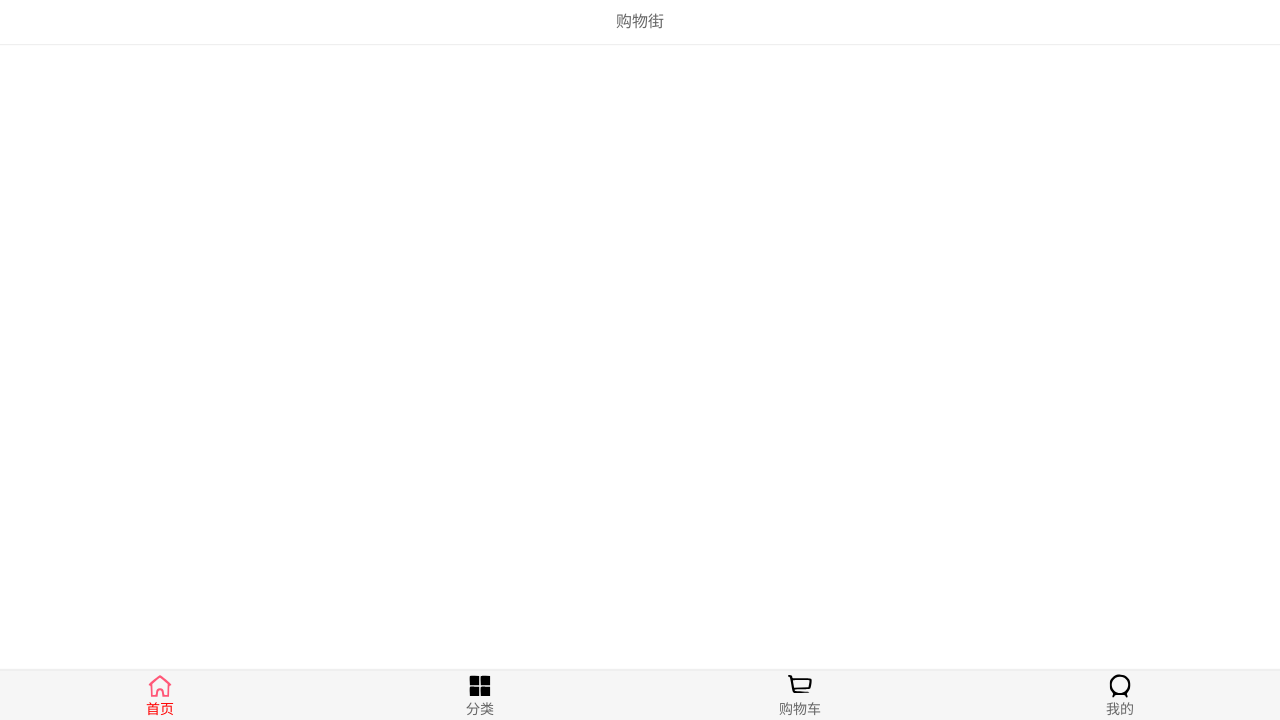
Repository: pumbaaWen/testmall
Page: /
These files come from the project's save history. The page is drawn as it stood at one moment and after the next save; the edit follows.
The browser window is 1280 px wide. The pictures show the whole page.
The project was rebuilt for these pictures with package versions that can differ from the ones it lists, and the page was loaded fresh each time.

Above is the page before, as saved 2021-10-26 14:32:39.

### public/index.html
<!DOCTYPE html>
<html lang="">
  <head>
    <meta charset="utf-8">
    <meta http-equiv="X-UA-Compatible" content="IE=edge">
    <meta name="viewport" content="width=device-width, initial-scale=1.0, maximum-scale=1.0, user-scalable=0;" />
    <link rel="icon" href="<%= BASE_URL %>favicon.ico">
    <title><%= htmlWebpackPlugin.options.title %></title>
  </head>
  <body>
    <noscript>
      <strong>We're sorry but <%= htmlWebpackPlugin.options.title %> doesn't work properly without JavaScript enabled. Please enable it to continue.</strong>
    </noscript>
    <div id="app"></div>
    <!-- built files will be auto injected -->
  </body>
</html>

### src/assets/css/base.css
@import "./normalize.css";

/* :root -> 获取根元素html */
:root{
  --color-text: #666;
  --color-high-text: #ff5777;
  --color-tint: #ff8198;
  --color-background: #fff;
  --font-size: 14px;
  --line-height: 1.5;
}

*,
*::before,
*::after{
  margin: 0;
  padding: 0;
  box-sizing: border-box;
}

body{
  font-family: "Helvetica Neue",Helvetica,"PingFang SC","Hiragino Sans GB",
  "Microsoft YaHei","微软雅黑"，Arial,sans-serif;
  user-select: none; /* 禁止用户鼠标在页面上选中文字、图片等*/
  -webkit-tap-highlight-color: transparent;/*webkit是苹果浏览器引擎， tap点击， highlight背景高亮，
  color颜色，颜色用数值调节*/
  background: var(--color-background);
  color: var(--color-text);
  /* rem vw/vh */
  width: 100vw;
}

a {
  color:var(--color-text);
  text-decoration: none;
}

.clear-fix::after {
  clear: both;
  content: '';
  display: block;
  width: 0;
  height: 0;
  visibility: hidden;
}

.clear-fix {
  zoom: 1;
}

.left {
  float: left;
}

.right {
  float: right;
}

### src/components/content/mainTabBar/MainTabBar.vue
<template>
  <tab-bar>
    <tab-bar-item path="/home" activeColor="red">
      <img slot="item-icon" src="../../../assets/img/tabbar/home.svg">
      <img slot="item-icon-active" src="../../../assets/img/tabbar/home_active.svg">
      <div slot="item-text">首页</div>
    </tab-bar-item>
    <tab-bar-item path="/category" activeColor="red">
      <img slot="item-icon" src="../../../assets/img/tabbar/category.svg">
      <img slot="item-icon-active" src="../../../assets/img/tabbar/category_active.svg">
      <div slot="item-text">分类</div>
    </tab-bar-item>
    <tab-bar-item path="/cart" activeColor="red">
      <img slot="item-icon" src="../../../assets/img/tabbar/shopcart.svg">
      <img slot="item-icon-active" src="../../../assets/img/tabbar/shopcart_active.svg">
      <div slot="item-text">购物车</div>
    </tab-bar-item>
    <tab-bar-item path="/profile" activeColor="red">
      <img slot="item-icon" src="../../../assets/img/tabbar/profile.svg">
      <img slot="item-icon-active" src="../../../assets/img/tabbar/profile_active.svg">
      <div slot="item-text">我的</div>
    </tab-bar-item>
  </tab-bar>
</template>

<script>
import TabBar from '../../common/tabbar/TabBar'
import TabBarItem from '../../common/tabbar/TabBarItem.vue'
export default {
  name: 'MainTabBar',
//部件
  components: {
    TabBar,
    TabBarItem
  },
//静态
  props: {

  },
//对象内部的属性监听，也叫深度监听
  watch: {

  },
//属性的结果会被缓存，除非依赖的响应式属性变化才会重新计算。主要当作属性来使用；
  computed: {

  },
//方法表示一个具体的操作，主要书写业务逻辑；
  methods: {

  },
//请求数据
  created() {

  },
  mounted() {

  }
}
</script>

<style scoped>

</style>

### src/views/home/Home.vue
<template>
  <div id="home">
    <nav-bar><div slot="center">购物街</div></nav-bar>
  </div>
</template>

<script>
import NavBar from '../../components/common/navbar/NavBar.vue'
export default {
  name: "Home",
//部件
  components: {
    NavBar
  },
//静态
  props: {

  },
//对象内部的属性监听，也叫深度监听
  watch: {

  },
//属性的结果会被缓存，除非依赖的响应式属性变化才会重新计算。主要当作属性来使用；
  computed: {

  },
//方法表示一个具体的操作，主要书写业务逻辑；
  methods: {

  },
//请求数据
  created() {

  },
  mounted() {

  }
}
</script>

<style scoped>

</style>

### src/components/common/tabbar/TabBar.vue
<template>
  <div id="tab-bar">
    <slot></slot>
  </div>
</template>

<script>
  export default {
    name: 'tab-bar',
  //部件
    components: {

    },
  //静态
    props: {

    },
  //对象内部的属性监听，也叫深度监听
    watch: {

    },
  //属性的结果会被缓存，除非依赖的响应式属性变化才会重新计算。主要当作属性来使用；
    computed: {

    },
  //方法表示一个具体的操作，主要书写业务逻辑；
    methods: {

    },
  //请求数据
    created() {

    },
    mounted() {

    }
}
</script>

<style scoped>
  #tab-bar {
    display: flex;
    background-color: #f6f6f6;
    position: fixed;
    left: 0px;
    right: 0px;
    bottom: 0px;
    box-shadow: 0 -2px 1px rgba(100,100,100,.1);
  }
</style>

### src/components/common/tabbar/TabBarItem.vue
<template>
    <div class="tab-bar-item" @click="itemClick">
      <div v-if="!isActive"><slot name="item-icon"></slot></div>
      <div v-else><slot name="item-icon-active"></slot></div>
      <div :style="activeStyle"><slot name="item-text"></slot></div>
    </div>
</template>

<script>
export default {
  name: 'TabBarItme',
  data() {
    return {
      // isActive: true
    }
  },
//部件
  components: {

  },
//静态
  props: {
    path: String,
    activeColor:{
      type: String,
      default: 'red'
    }
  },
//对象内部的属性监听，也叫深度监听
  watch: {

  },
//属性的结果会被缓存，除非依赖的响应式属性变化才会重新计算。主要当作属性来使用；
  computed: {
    isActive() {
      return this.$route.path.indexOf(this.path) !== -1
    },
    activeStyle() {
      console.log(this.isActive);
      return this.isActive ? {color: this.activeColor} : {}
    }
  },
//方法表示一个具体的操作，主要书写业务逻辑；
  methods: {
    itemClick() {
      this.$router.replace(this.path)
      console.log(this.path);
    },
  },
//请求数据
  created() {

  },
  mounted() {

  }
}
</script>

<style scoped>
  .tab-bar-item{
    flex: 1;
    text-align: center;
    height: 49px;
    font-size: 14px;
  }
  .tab-bar-item img{
    width: 24px;
    height: 24px;
    margin-top: 3px;
    vertical-align: middle;
  }
  .active{
    color: red;
  }
</style>

### src/components/common/navbar/NavBar.vue
<template>
  <div class="nav-bar">
    <div class="left"><slot name="left"></slot></div>
    <div class="center"><slot name="center"></slot></div>
    <div class="right"><slot name="right"></slot></div>
  </div>
</template>

<script>
export default {
  name: 'NavBar',
//部件
  components: {

  },
//静态
  props: {

  },
//对象内部的属性监听，也叫深度监听
  watch: {

  },
//属性的结果会被缓存，除非依赖的响应式属性变化才会重新计算。主要当作属性来使用；
  computed: {

  },
//方法表示一个具体的操作，主要书写业务逻辑；
  methods: {

  },
//请求数据
  created() {

  },
  mounted() {

  }
}
</script>

<style scoped>
  .nav-bar {
    display: flex;
    height: 44px;
    line-height: 44px;
    text-align: center;
    box-shadow: 0 1px 1px rgba(100, 100, 100, .1);
  }
  .left, .right {
    width: 60px;
  }
  .center {
    flex: 1;
  }
</style>

Loaded but not shown: src/main.js (common file); src/App.vue (common file); src/router/index.js (common file); src/store/index.js (common file); src/assets/css/normalize.css (library)

After the next save:
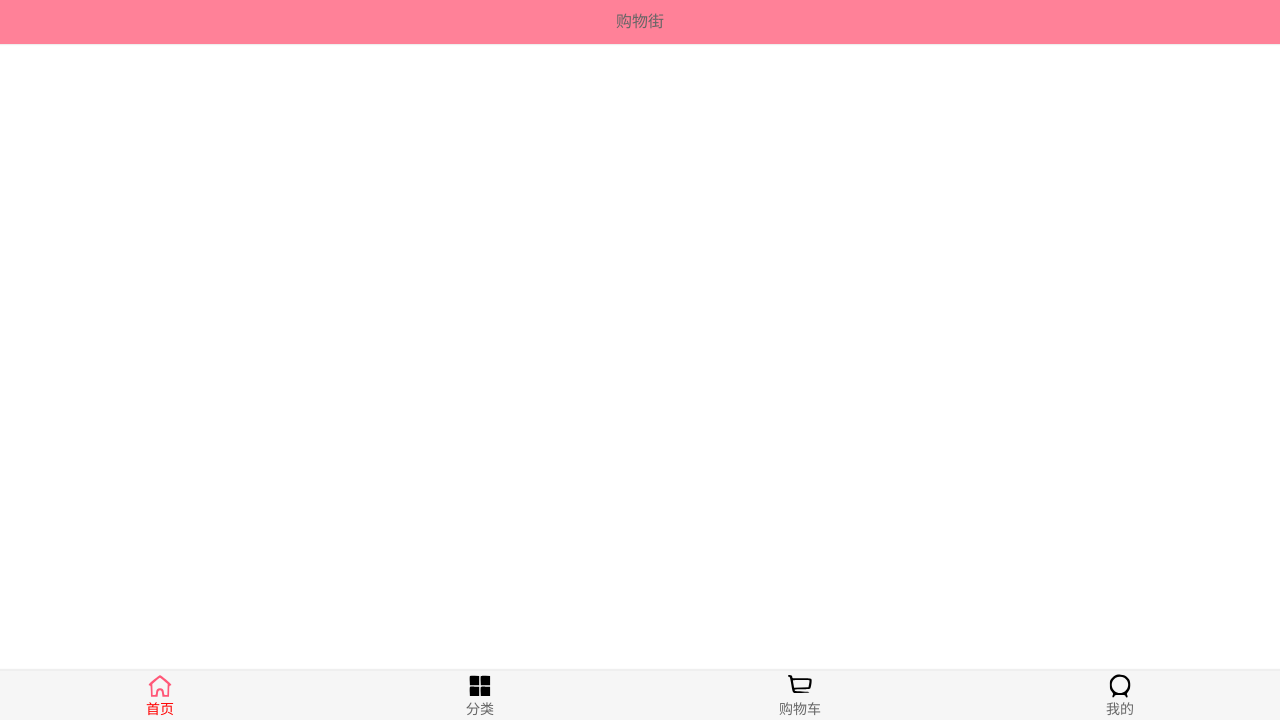
Saved 95 s later.
--- a/src/views/home/Home.vue
+++ b/src/views/home/Home.vue
@@ -1,6 +1,6 @@
 <template>
   <div id="home">
-    <nav-bar><div slot="center">购物街</div></nav-bar>
+    <nav-bar class="home-nav"><div slot="center">购物街</div></nav-bar>
   </div>
 </template>
 
@@ -39,5 +39,7 @@ export default {
 </script>
 
 <style scoped>
-
+  .home-nav {
+    background-color: var(--color-tint);
+  }
 </style>
